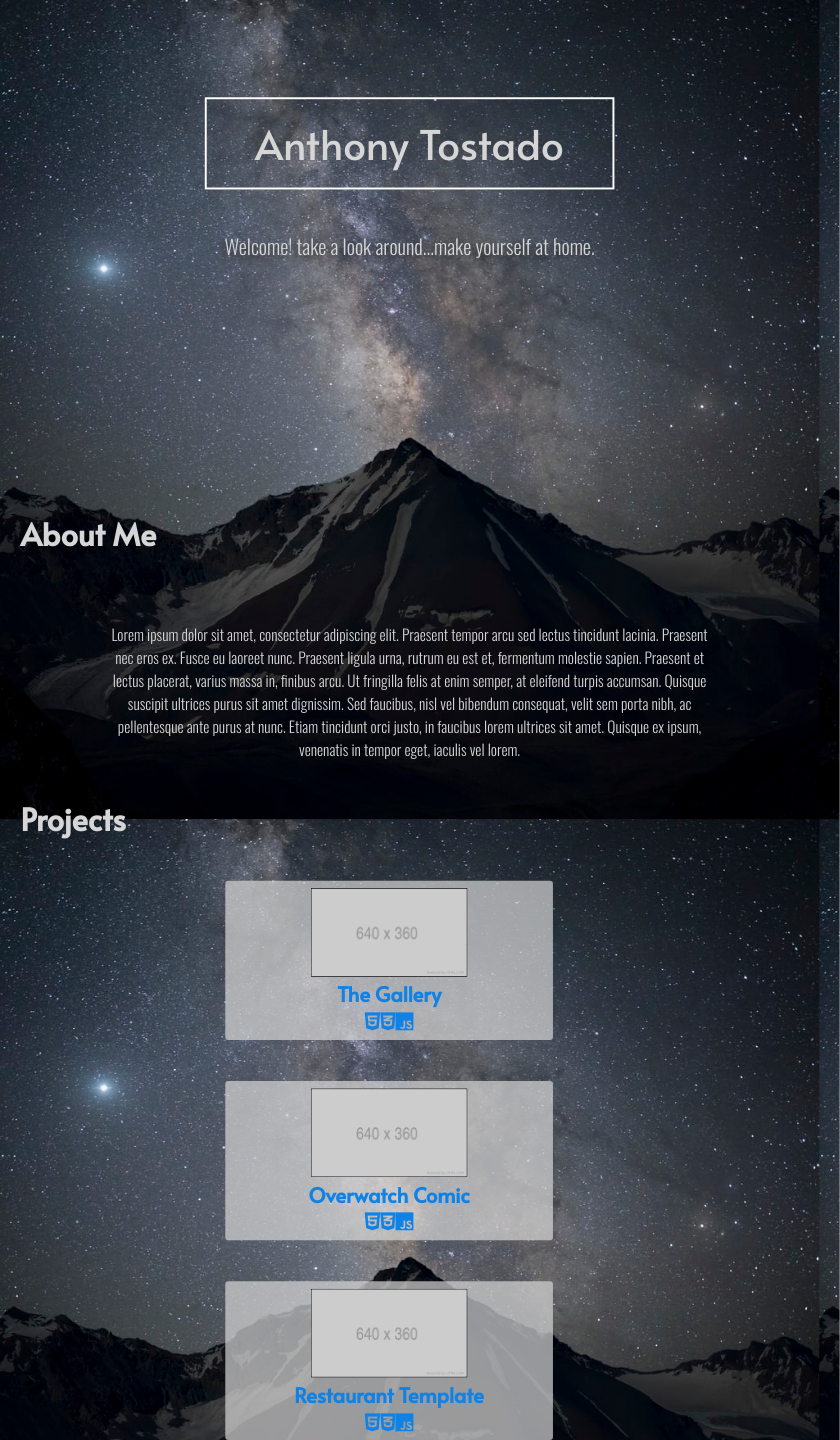
Repository: sloppytony/newport
Page: / (app in portfolio/)
The author's editor kept a copy of each file at every save. The page is drawn from the files as they stood at one save, then again after the next save.
The browser window is 1280 px wide. The page is 1312 px wide, so the pictures cover 1312 px, including what lies to the right of the window. The pictures show the whole page, at 64% of full size.
Backgrounds fixed to the window are drawn as part of the page. Some web libraries are served in a nearby version. The project was rebuilt for these pictures with package versions that can differ from the ones it lists, and the page was loaded fresh each time.

Above is the page before, as saved 2020-08-23 15:11:14.

After the next save:
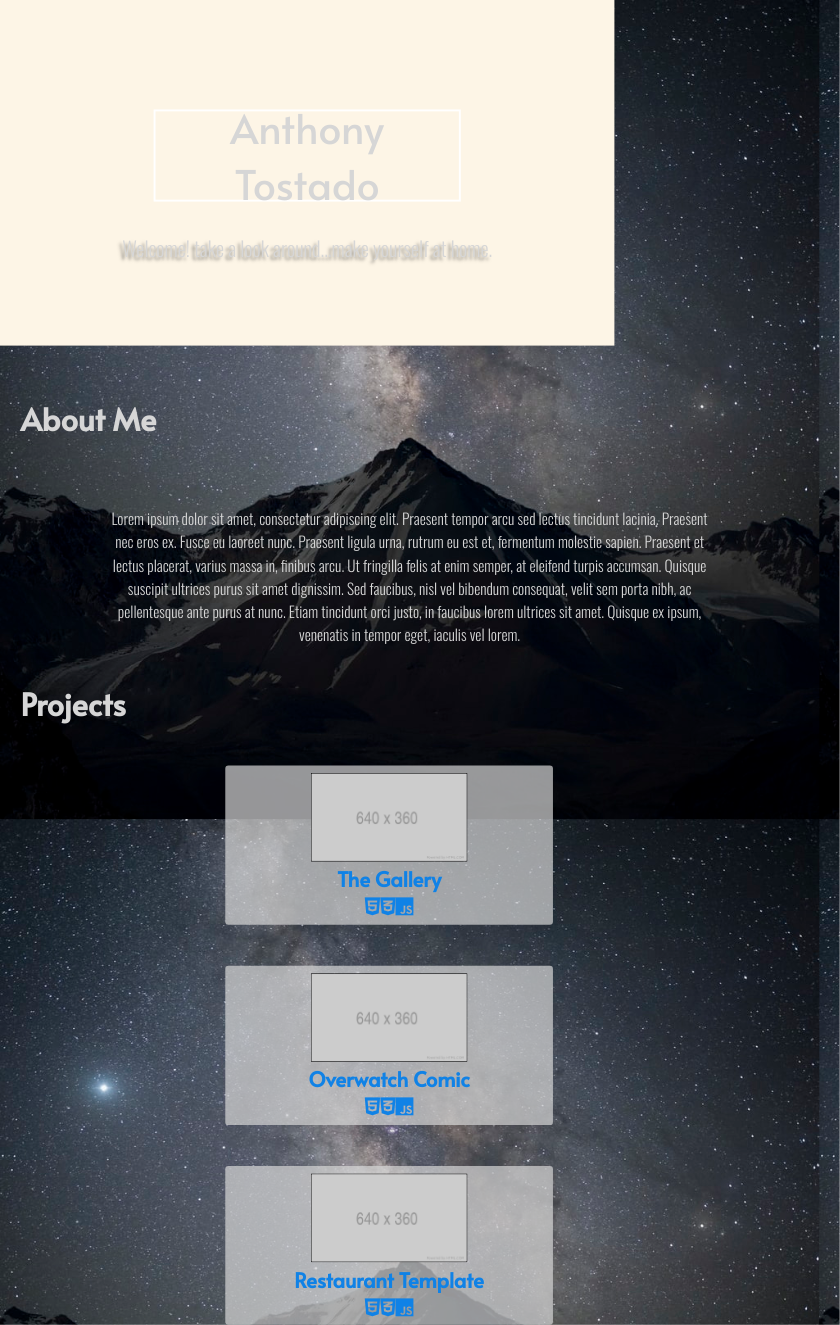
Saved 2 min 11 s later.
--- a/portfolio/src/App.css
+++ b/portfolio/src/App.css
@@ -15,7 +15,7 @@
   flex-direction: column;
 }
 
-div.section1-conatiner {
+div.section1-container {
   width: 75%;
   height: 75vh;
   background: oldlace;
